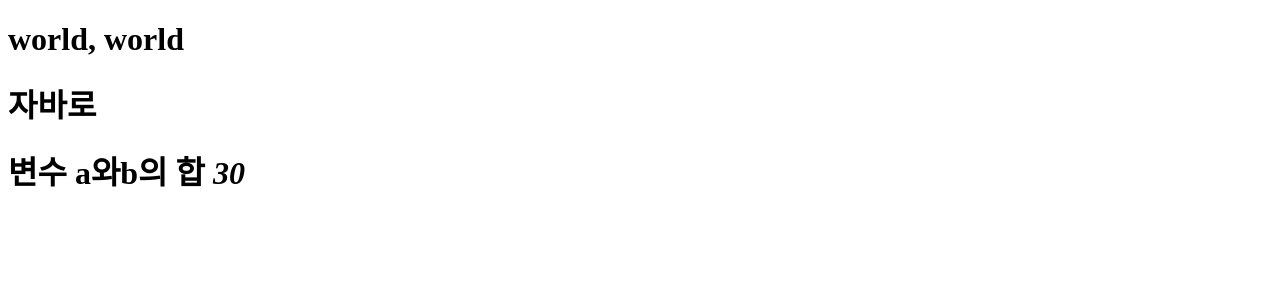
Repository: bbiot317/JSP
Page: http://localhost/Study01/
An editor plug-in stored every save of this project. The page is shown before and after the next save, followed by the edit.
The browser window is 1280 px wide. The pictures show the whole page.
The page is served by Tomcat 9.

Above is the page before, as saved 2022-05-30 01:57:19.

After the next save:
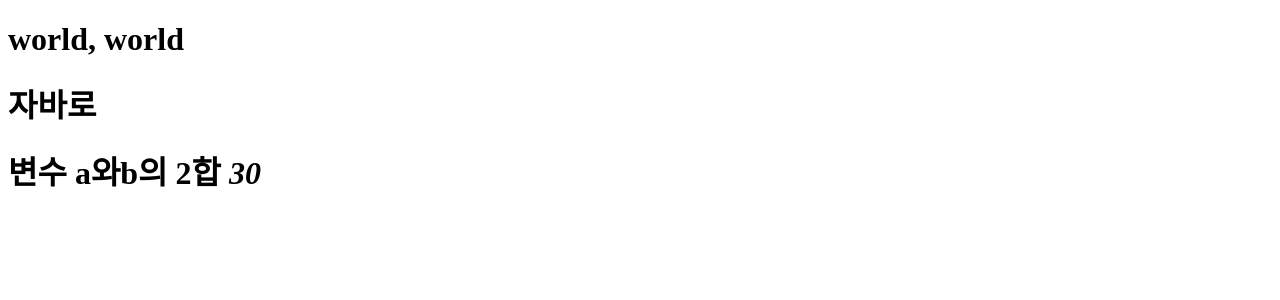
Saved 18 s later.
--- a/Study01/src/main/webapp/index.jsp
+++ b/Study01/src/main/webapp/index.jsp
@@ -15,6 +15,6 @@
 			int s=a+b;
 			//out.println("<h1>변수 a와b의 합 <i>"+s+"</i>  </h1>")	;
 		%>
-		<h1>변수 a와b의 합 <i><%=s %></i>  </h1>
+		<h1>변수 a와b의 2합 <i><%=s %></i>  </h1>
 	</body>
 </html>

After the save that followed:
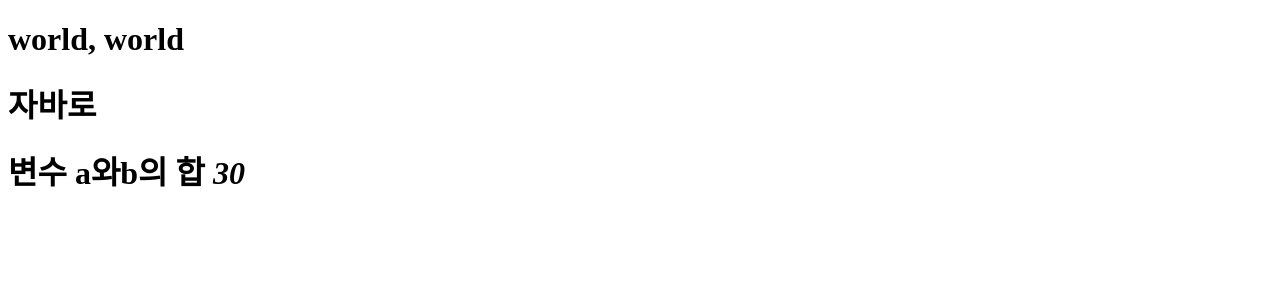
Saved 7 s later.
--- a/Study01/src/main/webapp/index.jsp
+++ b/Study01/src/main/webapp/index.jsp
@@ -15,6 +15,6 @@
 			int s=a+b;
 			//out.println("<h1>변수 a와b의 합 <i>"+s+"</i>  </h1>")	;
 		%>
-		<h1>변수 a와b의 2합 <i><%=s %></i>  </h1>
+		<h1>변수 a와b의 합 <i><%=s %></i>  </h1>
 	</body>
 </html>
